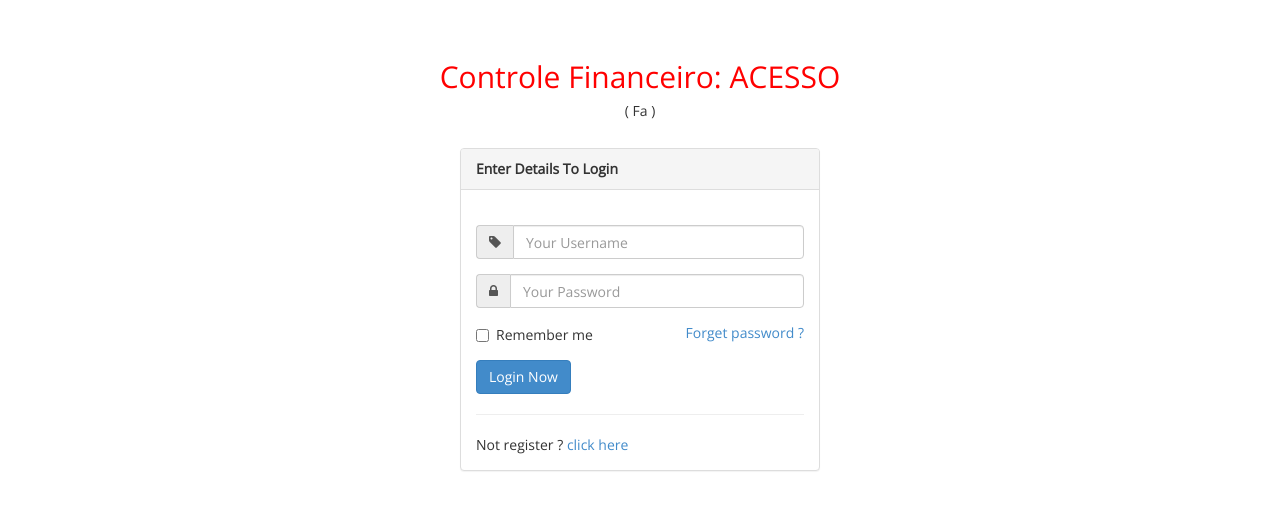
Repository: rauru008/EAD-da-WMBarros
Page: http://localhost/login.php
These files come from the project's save history. The page is drawn as it stood at one moment and after the next save; the edit follows.
The browser window is 1280 px wide. The pictures show the whole page.
The page is run by PHP 8.4 with error messages shown; the project is at /var/www/html/.

Above is the page before, as saved 2025-05-06 17:45:48.
Console error: ReferenceError: Morris is not defined

After the next save:
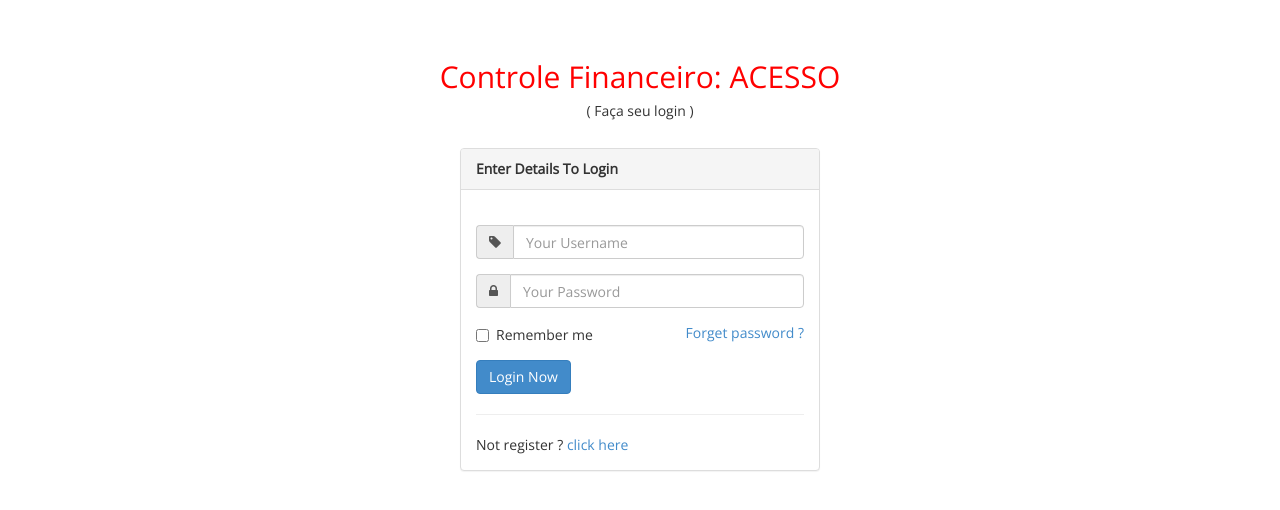
Saved 4 s later.
--- a/Financeiro/login.php
+++ b/Financeiro/login.php
@@ -13,7 +13,7 @@ include_once '_head.php';
                 <br /><br />
                 <h2> Controle Financeiro: ACESSO</h2>
 
-                <h5>( Fa )</h5>
+                <h5>( Faça seu login )</h5>
                 <br />
             </div>
         </div>
